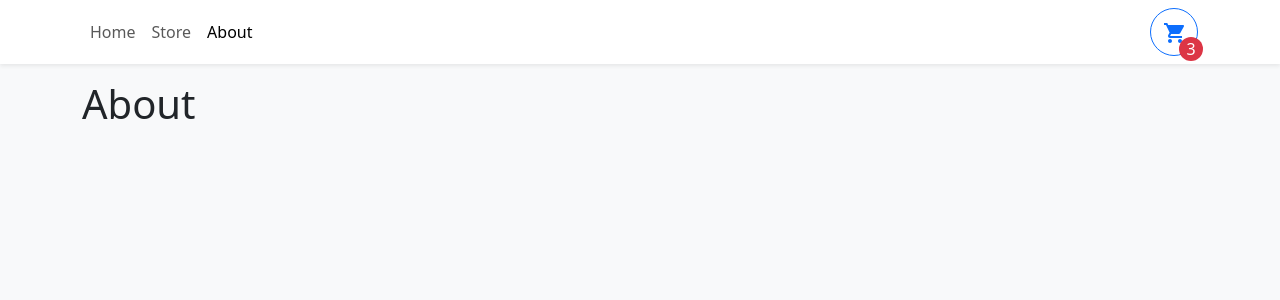
Repository: kurtveil/react-ecommerce
Page: /about
These files come from the project's save history. The page is drawn as it stood at one moment and after the next save; the edit follows.
The browser window is 1280 px wide. The pictures show the whole page.
The project was rebuilt for these pictures with package versions that can differ from the ones it lists, and the page was loaded fresh each time. Also part of the build but not shown: vite.config.ts, src/components/StoreItem.tsx, src/pages/Store.tsx.

Above is the page before, as saved 2023-07-14 23:26:25.

### src/main.tsx
import React from 'react'
import ReactDOM from 'react-dom/client'
import App from './App.tsx'
import "bootstrap/dist/css/bootstrap.min.css";
import { BrowserRouter } from 'react-router-dom';

ReactDOM.createRoot(document.getElementById('root')!).render(
  <React.StrictMode>
    <BrowserRouter>
      <App />
    </BrowserRouter>
  </React.StrictMode>,
)

### src/App.tsx
import { ApolloProvider, ApolloClient, InMemoryCache } from '@apollo/client';
import { Routes, Route } from "react-router-dom";
import { Container } from "react-bootstrap";
import Home from "./pages/Home";
import About from "./pages/About";
import Navbar from "./components/Navbar";
import Store from './pages/Store';

const cache = new InMemoryCache({
  typePolicies: {
    Query: {
      fields: {

        products: {
          merge(existing, incoming) {
            return incoming;
          }
        }
      }
    }
  }
});


const client = new ApolloClient({
  uri: 'http://localhost:8000/graphql', // 'https://manage-projects.onrender.com/graphql',
  cache
});

function App() {

  return (
    <>
    <Navbar/>
      <Container className="mb-4">
      <ApolloProvider client={client}>
        <Routes>
          <Route path="/" element={<Home />} />
          <Route path="/store" element={<Store />} />
          <Route path="/about" element={<About />} />
        </Routes>
        </ApolloProvider >
      </Container>
    </>
  )
}

export default App

### src/pages/About.tsx
import React from 'react'

export default function About() {
  return (
    <h1>About</h1>
  )
}

### src/components/Navbar.tsx
import { Container, Button, Nav, Navbar as NavbarBs } from 'react-bootstrap';
import { NavLink } from 'react-router-dom';
import ShoppingCartIcon from '@mui/icons-material/ShoppingCart';
export default function Navbar() {
    return (
        <NavbarBs sticky='top' className='bg-white shadow-sm mb-3'>
            <Container>
                <Nav className='me-auto'>
                    <Nav.Link to="/" as={NavLink}>
                        Home
                    </Nav.Link>
                    <Nav.Link to="/store" as={NavLink}>
                        Store
                    </Nav.Link>
                    <Nav.Link to="/about" as={NavLink}>
                        About
                    </Nav.Link>
                </Nav>
                <Button style={{ width: "3rem", height: "3rem" , position: 'relative'}} variant='outline-primary' className='rounded-circle'>
                    <ShoppingCartIcon />
                    <div className='rounded-circle bg-danger d-flex justify-content-center align-items-center'
                    style={{
                        color: 'white',
                        width: '1.5rem',
                        height: "1.5rem",
                        position: "absolute",
                        bottom: 0,
                        right: 0 ,
                        transform: "translate(25%, 25%)"}}>3</div>
                </Button>
            </Container>
        </NavbarBs>
    )
}

### src/utilities/formatCurrency.ts
const CURRENCY_FORMATTER = new Intl.NumberFormat(undefined, {
    currency: "USD",
    style: "currency",
})

export function formatCurrency(number: number){
    return CURRENCY_FORMATTER.format(number)
}

### src/queries/productQueries.js
import { gql } from "@apollo/client";

const GET_PRODUCTS = gql `
    query getProduct{
        products {
            id
            name
            description
            amount
            price
            image
        }
    }
`;

const GET_PRODUCT = gql `
    query getProduct($id:ID!) {
        project(id: $id){
            id
            name
            description
            amount
            price
            image
        }
    }
 `;

export { GET_PRODUCTS, GET_PRODUCT};

Loaded but not shown: index.html (common file); src/pages/Home.tsx (common file)

After the next save:
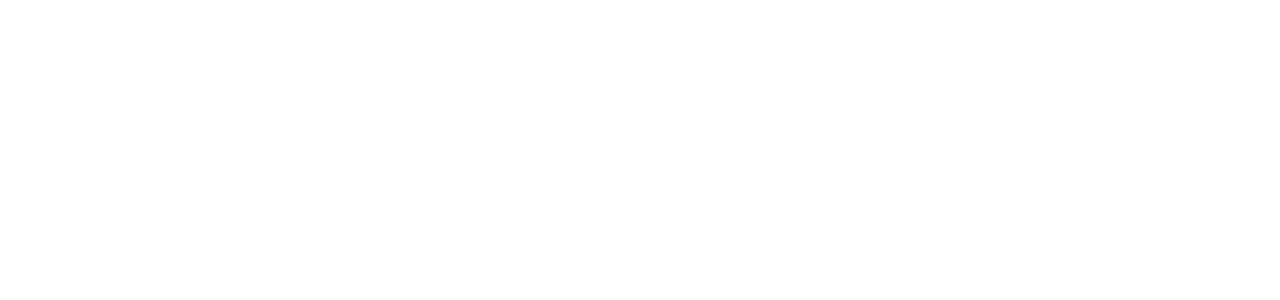
Console error (its wording comes from the project's code and is left out).
Saved 11 s later.
--- a/src/utilities/formatCurrency.ts
+++ b/src/utilities/formatCurrency.ts
@@ -1,5 +1,5 @@
 const CURRENCY_FORMATTER = new Intl.NumberFormat(undefined, {
-    currency: "USD",
+    currency: "US",
     style: "currency",
 })
 

After the save that followed:
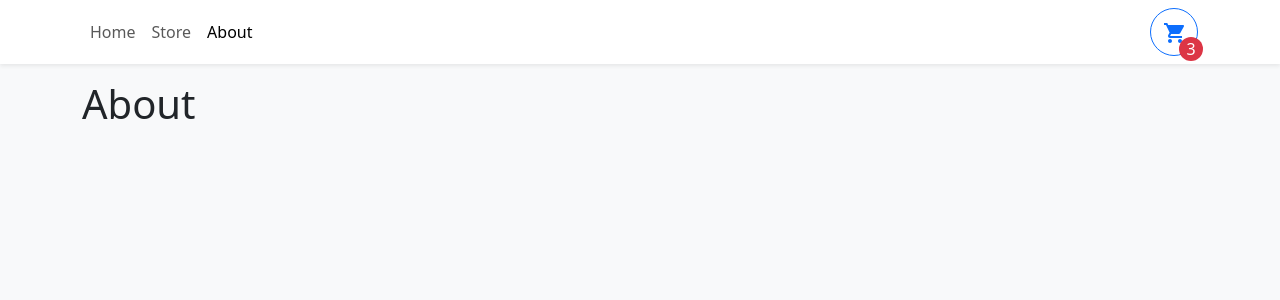
The error is gone.
Saved 7 s later.
--- a/src/utilities/formatCurrency.ts
+++ b/src/utilities/formatCurrency.ts
@@ -1,5 +1,5 @@
 const CURRENCY_FORMATTER = new Intl.NumberFormat(undefined, {
-    currency: "US",
+    currency: "USD",
     style: "currency",
 })
 
